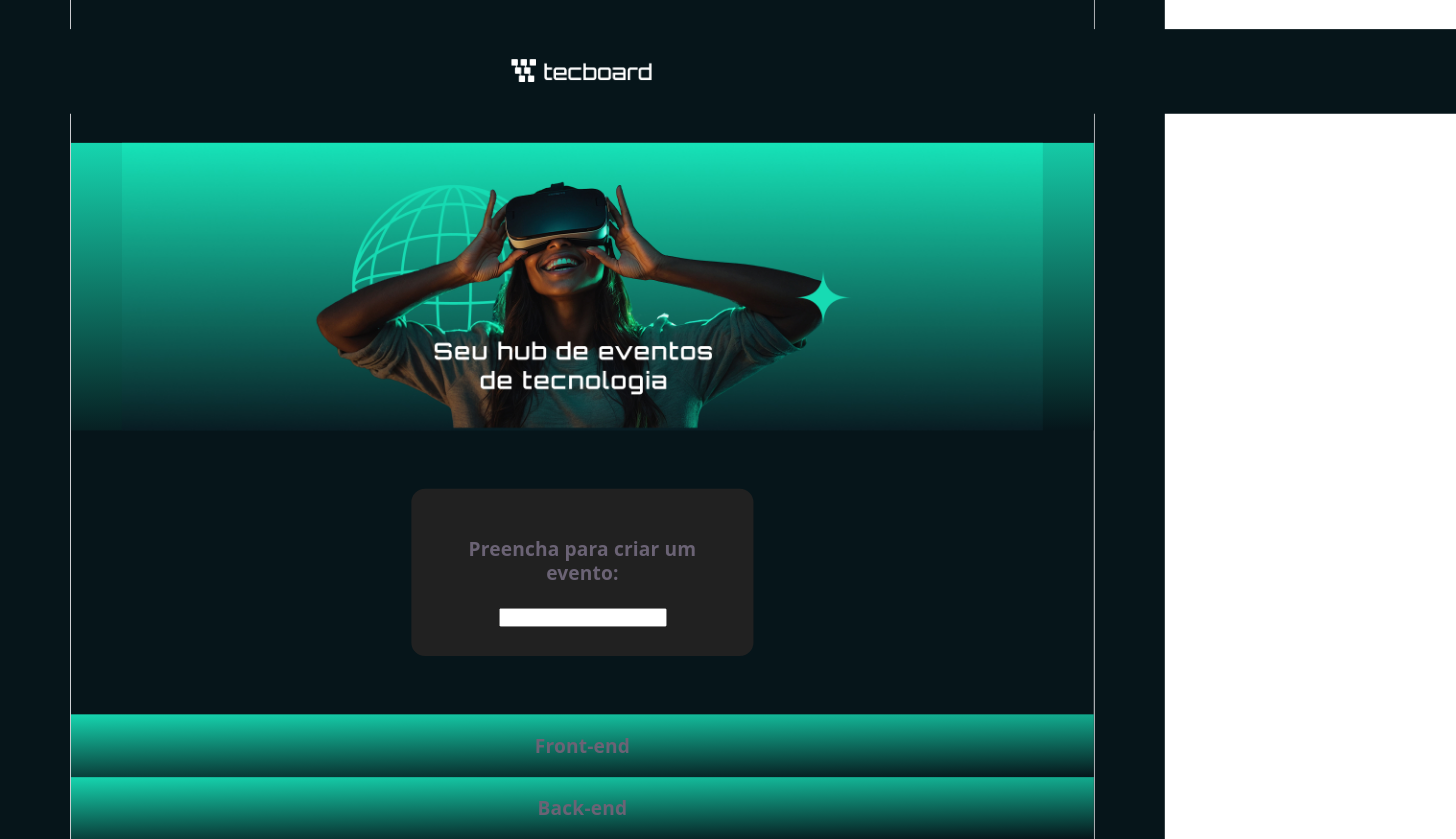
Repository: fernandadev12/techboard
Page: /
The author's editor kept a copy of each file at every save. The page is drawn from the files as they stood at one save, then again after the next save.
The browser window is 1280 px wide. The page is 1600 px wide, so the pictures cover 1600 px, including what lies to the right of the window. The pictures show the whole page, at 91% of full size.
The project was rebuilt for these pictures with package versions that can differ from the ones it lists, and the page was loaded fresh each time. Also part of the build but not shown: vite.config.js.

Above is the page before, as saved 2026-06-14 12:09:00.

After the next save:
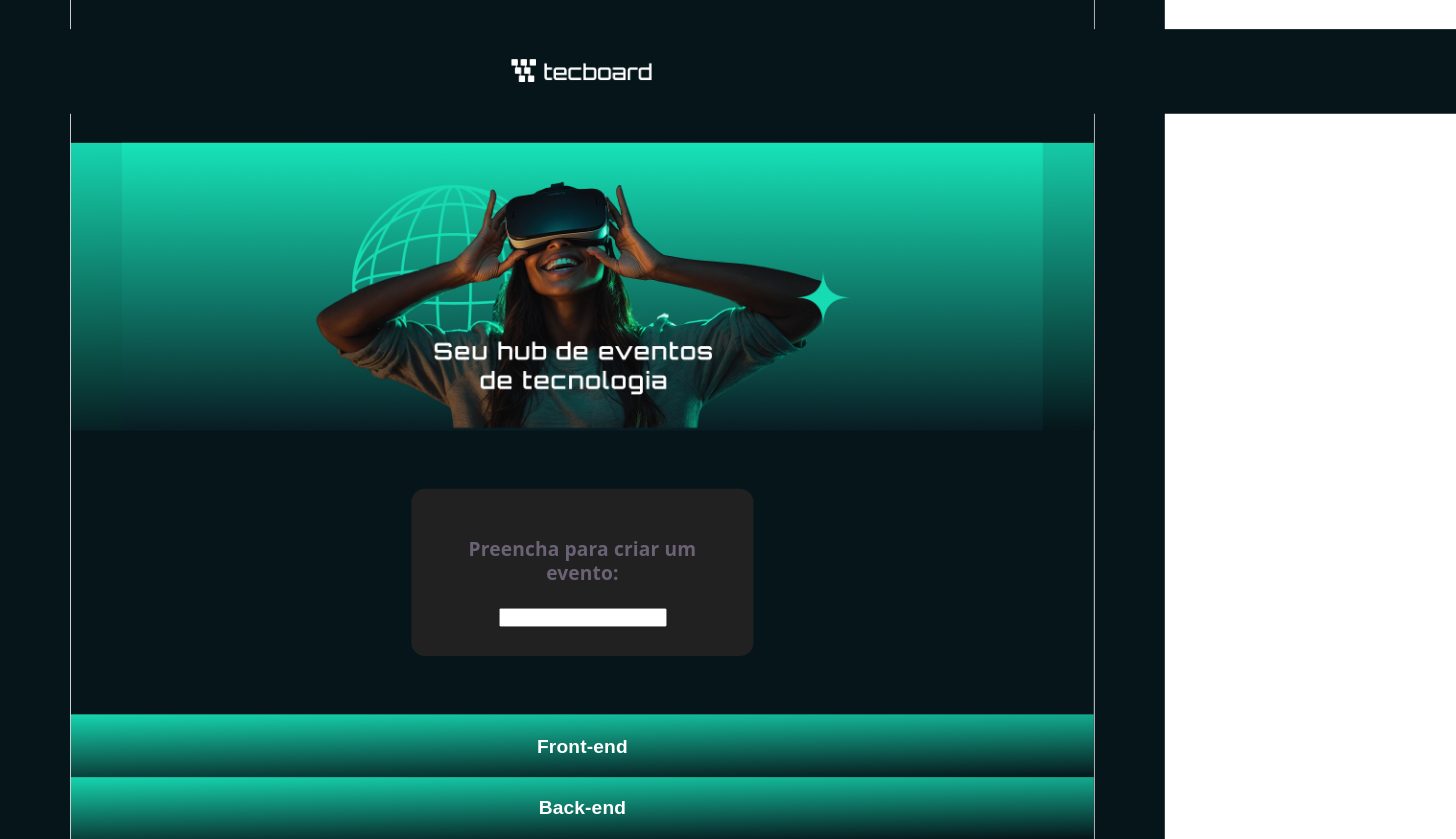
Saved 31 s later.
--- a/src/componentes/Tema/index.jsx
+++ b/src/componentes/Tema/index.jsx
@@ -1,5 +1,5 @@
 import "./temastyles.css";
 
 export function Tema({ tema }) {
-  return <h3>{tema.nome}</h3>;
+  return <h3 className="titulotema">{tema.nome}</h3>;
 }
